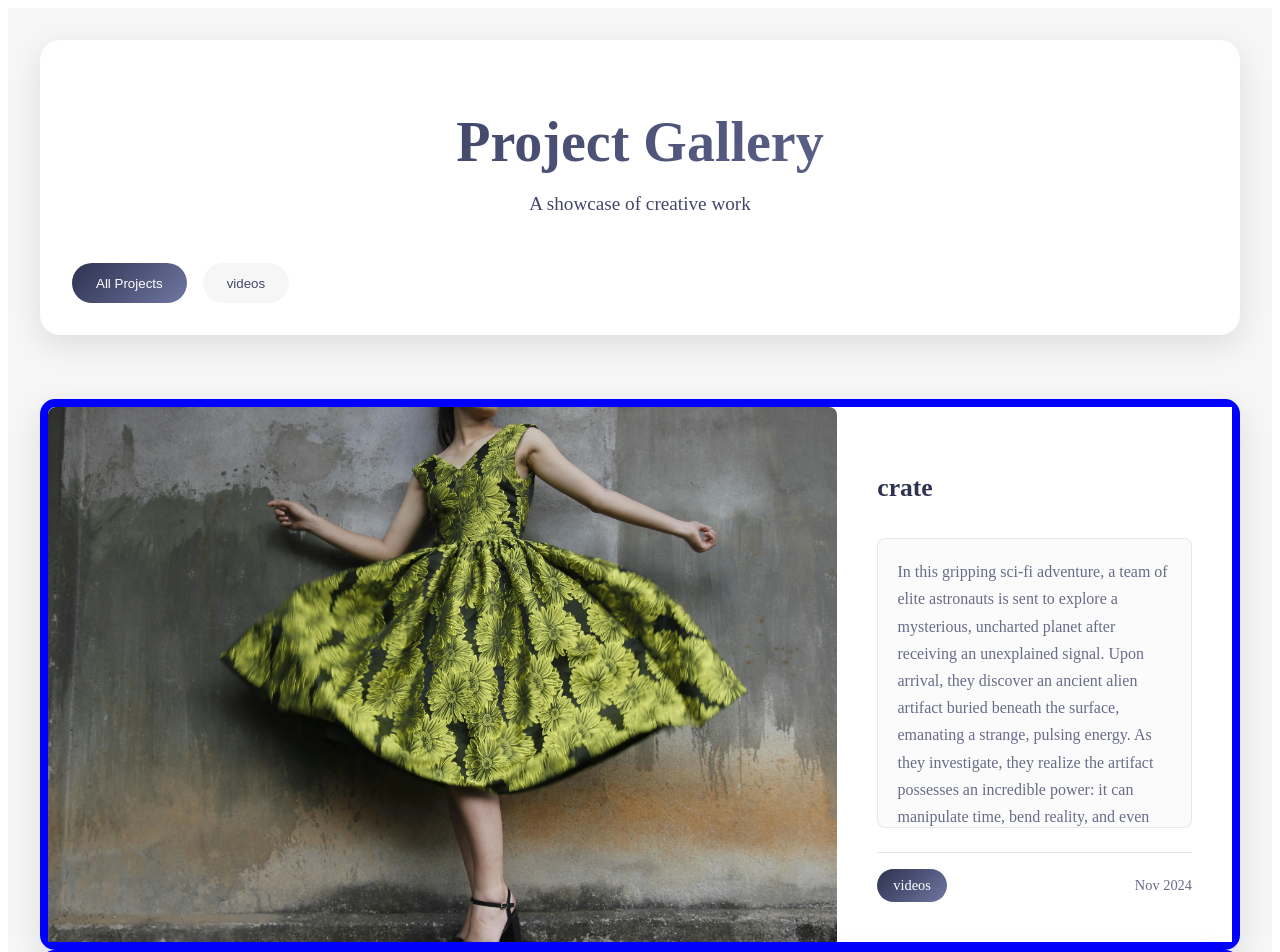
Repository: mrPractise/Susan-Portfolio
Page: http://localhost/projects/
These files come from the project's save history. The page is drawn as it stood at one moment and after the next save; the edit follows.
The browser window is 1280 px wide. The pictures show the part of the page from y = 0 to 952 px (the page is 1542 px tall).
Pictures or frames that could not be fetched are drawn as grey boxes. The page is served by the project's application, run on Django 5.2 (manage.py). The page reads the database file committed with the project.

Above is the page before, as saved 2024-11-06 17:09:14.

After the next save:
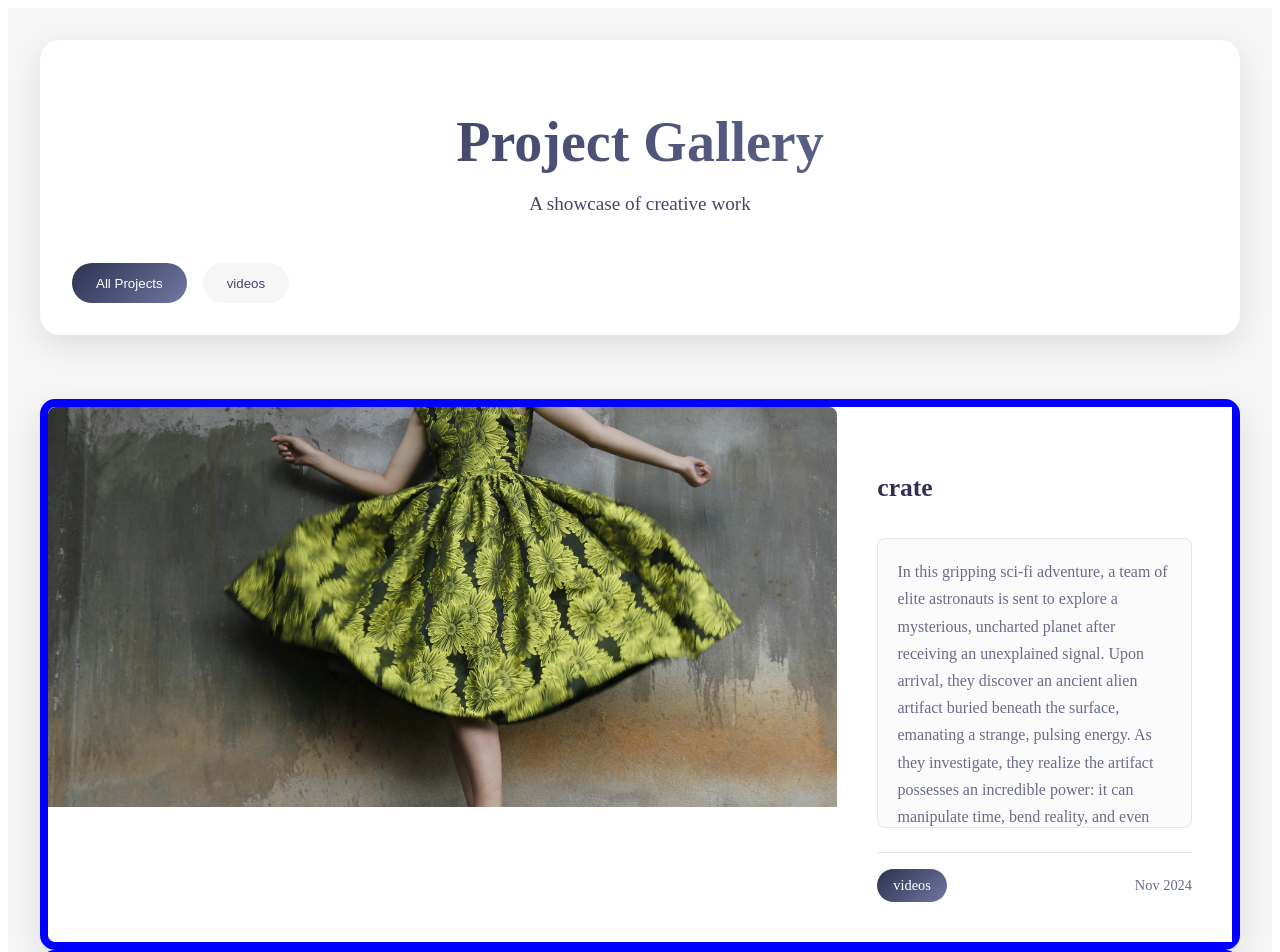
Saved 4 min 56 s later.
--- a/static/css/projects.css
+++ b/static/css/projects.css
@@ -128,29 +128,7 @@
     border-radius: 8px 8px 0 0;
     transition: transform 0.5s ease;
 }
-/* Overlay for expand icon */
-.item-inner > div:first-child::after {
-    content: '\f065';
-    font-family: 'Font Awesome 5 Free';
-    font-weight: 900;
-    position: absolute;
-    top: 1rem;
-    right: 1rem;
-    background: rgba(255, 255, 255, 0.9);
-    color: var(--primary);
-    width: 40px;
-    height: 40px;
-    border-radius: 50%;
-    display: flex;
-    align-items: center;
-    justify-content: center;
-    opacity: 0;
-    transition: opacity 0.3s ease;
-}
-
-.item-inner > div:first-child:hover::after {
-    opacity: 1;
-}
+
 
 /* Hover effects */
 .item-inner:hover {
@@ -424,7 +402,36 @@
     background: rgba(255, 255, 255, 0.3);
 }
 
-
+.item-inner > div:first-child {
+    position: relative;
+    width: 100%;
+    height: 400px; /* Base height for all screens */
+    overflow: hidden;
+    cursor: pointer;
+}
+
+.item-inner > div:first-child::after {
+    content: '\f065';
+    font-family: 'Font Awesome 5 Free';
+    font-weight: 900;
+    position: absolute;
+    top: 1rem;
+    right: 1rem;
+    background: rgba(255, 255, 255, 0.9);
+    color: var(--primary);
+    width: 40px;
+    height: 40px;
+    border-radius: 50%;
+    display: flex;
+    align-items: center;
+    justify-content: center;
+    opacity: 0;
+    transition: opacity 0.3s ease;
+}
+
+.item-inner > div:first-child:hover::after {
+    opacity: 1;
+}
 /* Large Desktop (1200px and above) */
 @media (min-width: 1200px) {
     .gallery {
